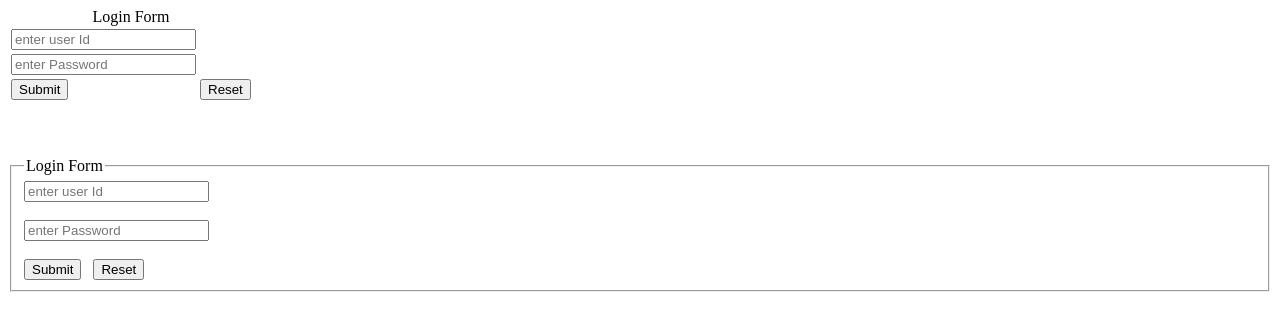
Repository: AdarshK062/BasicServlet
Page: http://localhost/Project1/
These files come from the project's save history. The page is drawn as it stood at one moment and after the next save; the edit follows.
The browser window is 1280 px wide. The pictures show the whole page.
The page is served by Tomcat 9. Other server files are loaded and not shown.

Above is the page before, as saved 2021-03-28 18:59:02.

### Project1/WebContent/index.jsp
<%@ page language="java" contentType="text/html; charset=ISO-8859-1"
    pageEncoding="ISO-8859-1"%>
<!DOCTYPE html>
<html>
<head>
<meta charset="ISO-8859-1">
<title>Login</title>
</head>
<body>
<form action="LoginServlet" method="post">
<table>
<caption>Login Form</caption>
<tr>
	<th>
	<input type="text" name="userId" placeholder="enter user Id"/>
	</th>
</tr>
<tr>
	<th>
	<input type="text" name="password" placeholder="enter Password"/>
	</th>
</tr>
<tr>
	<td>
	<input type="submit"/>
	</td>
	<td>
	<input type="reset"/>
	</td>
</tr>
</table>
</form>
<br>
<br>
<br>
<form action="LoginServlet" method="post">
<fieldset>
<legend>Login Form</legend>
	<input type="text" name="userId" placeholder="enter user Id"/>
	<br><br>
	<input type="text" name="password" placeholder="enter Password"/>
	<br><br>
	<input type="submit"/>
	&nbsp;
	<input type="reset"/>
</fieldset>
</form>
</body>
</html>

After the next save:
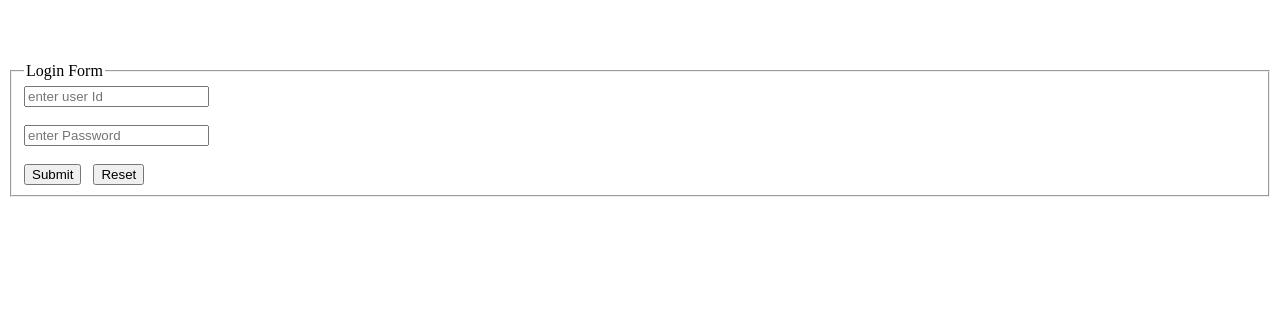
Saved 86 s later.
--- a/Project1/WebContent/index.jsp
+++ b/Project1/WebContent/index.jsp
@@ -7,7 +7,7 @@
 <title>Login</title>
 </head>
 <body>
-<form action="LoginServlet" method="post">
+<!-- <form action="LoginServlet" method="post">
 <table>
 <caption>Login Form</caption>
 <tr>
@@ -29,7 +29,7 @@
 	</td>
 </tr>
 </table>
-</form>
+</form>-->
 <br>
 <br>
 <br>
